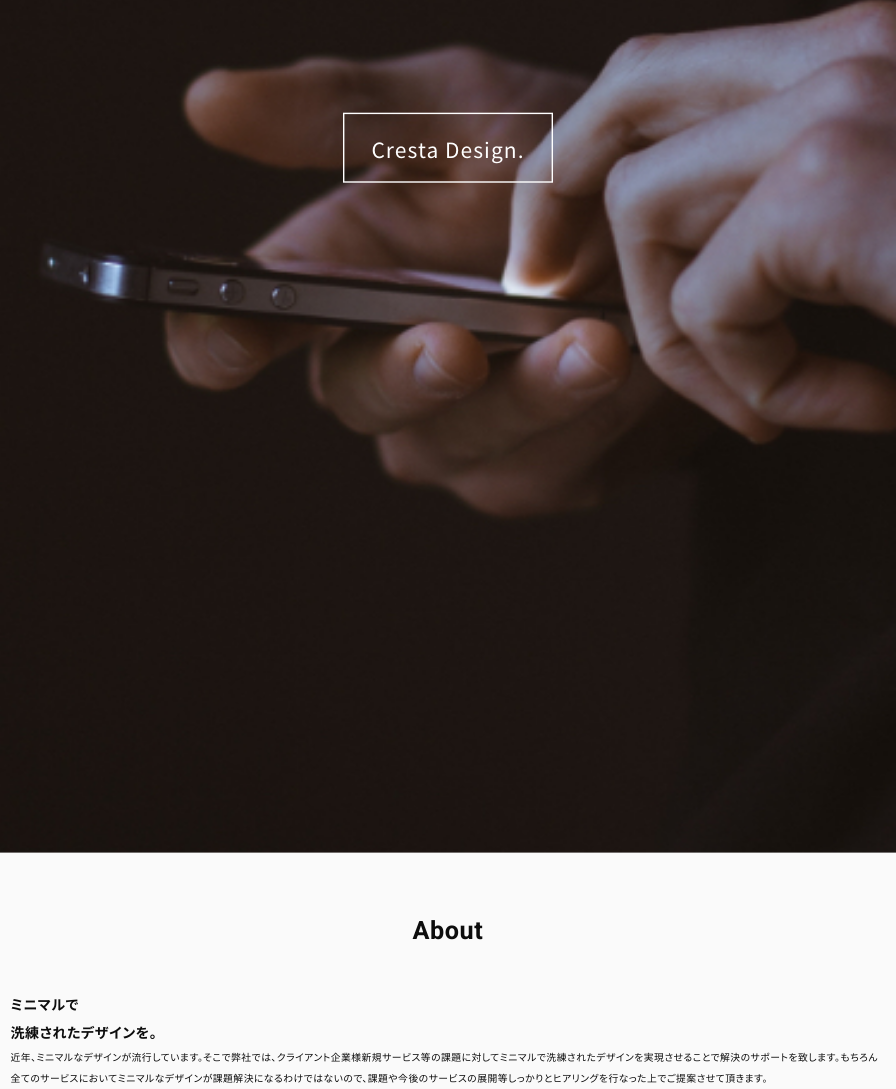
Repository: hatarakimono-kumasan/kurisuta_1st
Page: index.html
An editor plug-in stored every save of this project. The page is shown before and after a run of saves, followed by the edit.
The browser window is 1280 px wide. The pictures show the part of the page from y = 870 to 2790 px (the page is 2425 px tall before and 2790 px after), at 70% of full size.
Some web libraries are served in a nearby version. The style sheet was rebuilt from its Sass, Less or Tailwind sources for each picture, by a compiler version that may differ from the author's.

Above is the page before, as saved 2020-05-15 08:33:10.

After the next 4 saves:
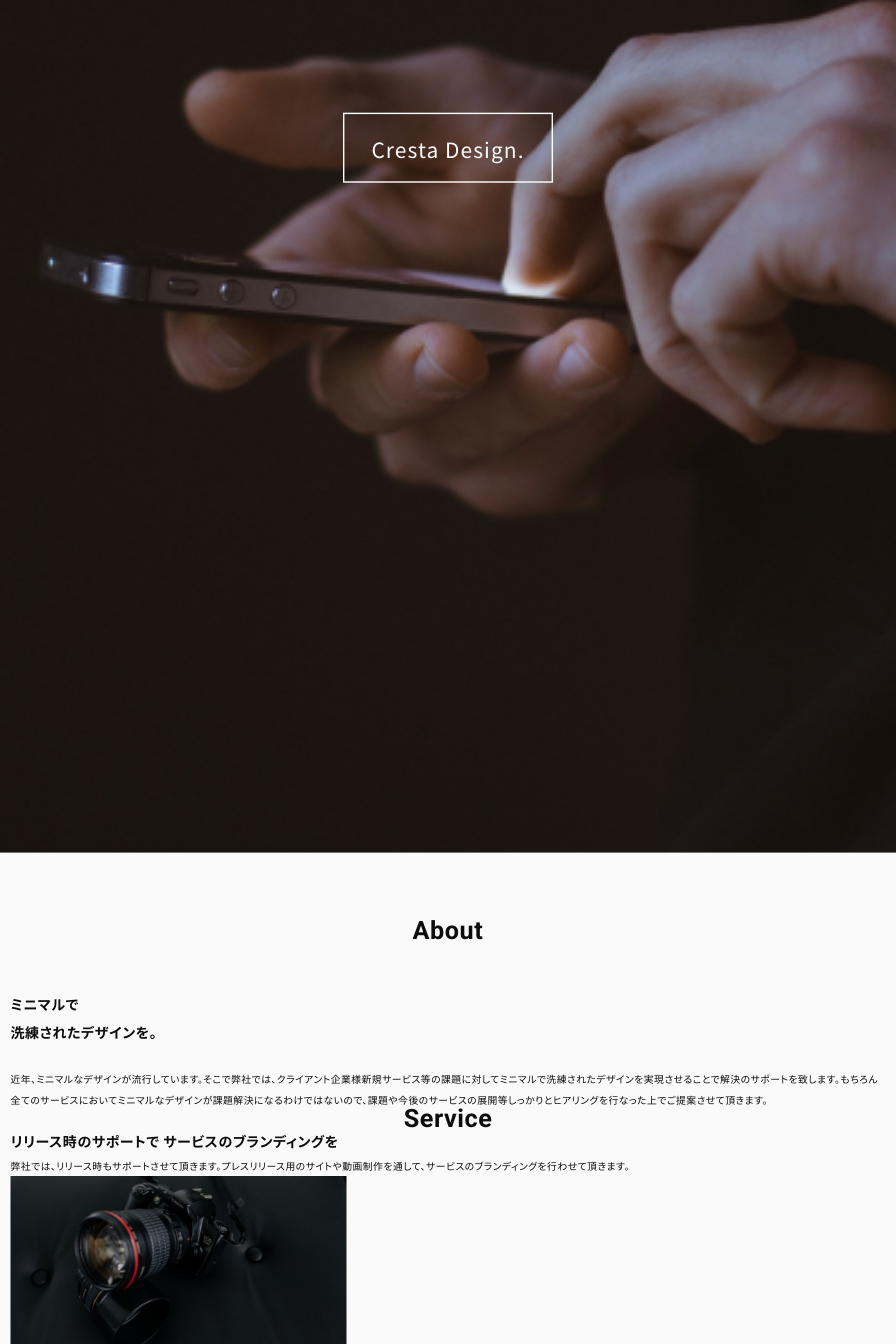
The 4 saves are shown as one change because 3 did not build or start.
The last was saved 6 min 2 s later.
--- a/index.html
+++ b/index.html
@@ -73,6 +73,15 @@
 					近年、ミニマルなデザインが流行しています。そこで弊社では、クライアント企業様新規サービス等の課題に対してミニマルで洗練されたデザインを実現させることで解決のサポートを致します。もちろん全てのサービスにおいてミニマルなデザインが課題解決になるわけではないので、課題や今後のサービスの展開等しっかりとヒアリングを行なった上でご提案させて頂きます。
 				</p>
 			</section>
+
+			<section class="service" id="service">
+				<h2>Service</h2>
+				<h3>リリース時のサポートで サービスのブランディングを</h3>
+				<p>
+					弊社では、リリース時もサポートさせて頂きます。プレスリリース用のサイトや動画制作を通して、サービスのブランディングを行わせて頂きます。
+				</p>
+				<img src="/img/service-image@2x.jpg" alt="サービス" />
+			</section>
 		</main>
 		<script src="drawer.js"></script>
 	</body>
--- a/scss/layout/_main.scss
+++ b/scss/layout/_main.scss
@@ -38,7 +38,12 @@ main {
 about
 ===============================================*/
 .about {
+	width: 100%;
+
 	h2 {
 		margin-bottom: 7.3rem;
 	}
+	h3 {
+		margin-bottom: 3.1rem;
+	}
 }
